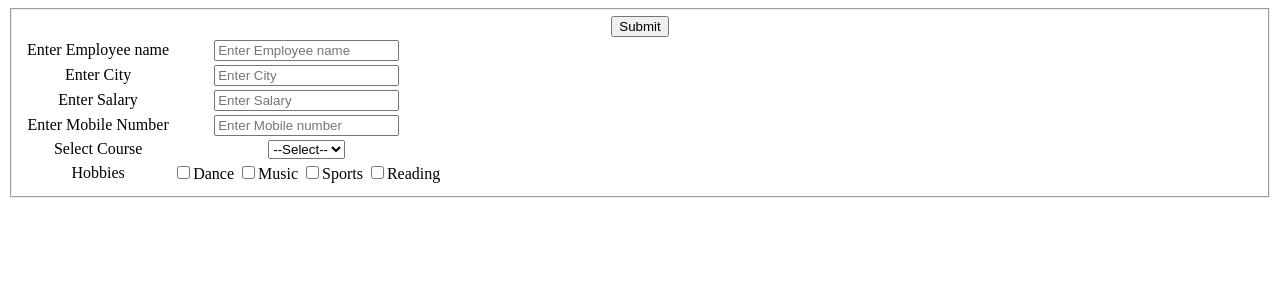
Repository: bigee1397/22-3-2024
Page: http://localhost/RDDemo/
The author's editor kept a copy of each file at every save. The page is drawn from the files as they stood at one save, then again after the next save.
The browser window is 1280 px wide. The pictures show the whole page.
The page is served by Tomcat 9. Other server files are loaded and not shown.

Above is the page before, as saved 2024-03-15 04:52:05.

### jspandservlets/RDDemo/src/main/webapp/index.jsp
<%@ page language="java" contentType="text/html; charset=ISO-8859-1"
    pageEncoding="ISO-8859-1" %>
<!DOCTYPE html>
<html>
<head>
<meta charset="ISO-8859-1">
<title>Insert title here</title>
</head>
<body>
	<fieldset align="center">
		<form action="registerServlet" method="post">
			<table>
				<tr>
					<td>Enter Employee name</td>
					<td><input type="text" name="employeeName" placeholder="Enter Employee name" /> </td>
				</tr>
				<tr>
					<td>Enter City</td>
					<td><input type="text" name="city" placeholder="Enter City" /> </td>
				</tr>
				<tr>
					<td>Enter Salary</td>
					<td><input type="number" name="salary" placeholder="Enter Salary" /> </td>
				</tr>
				<tr>
					<td>Enter Mobile Number</td>
					<td><input type="tel" name="mobile" placeholder="Enter Mobile number" /> </td>
				</tr>
				<tr>
					<td>Select Course</td>
					<td>
						<select name="course">
				            <option>--Select--</option>
				            <option value="Java">Java</option>
				            <option value="Spring">Spring</option>
				            <option value="Angular">Angular</option>
				            <option value="Node">Node</option>
			        	</select>
			        </td>
				</tr>
				<tr>
					<td>Hobbies</td>
					<td>
						<input type="checkbox" name="hobby" value="dance">Dance
				        <input type="checkbox" name="hobby" value="music">Music
				        <input type="checkbox" name="hobby" value="sports">Sports
				        <input type="checkbox" name="hobby" value="reading">Reading
			        </td>
				</tr>
		        <input type="submit" value="Submit">
			</table>
		</form>
	</fieldset>
</body>
</html>

After the next save:
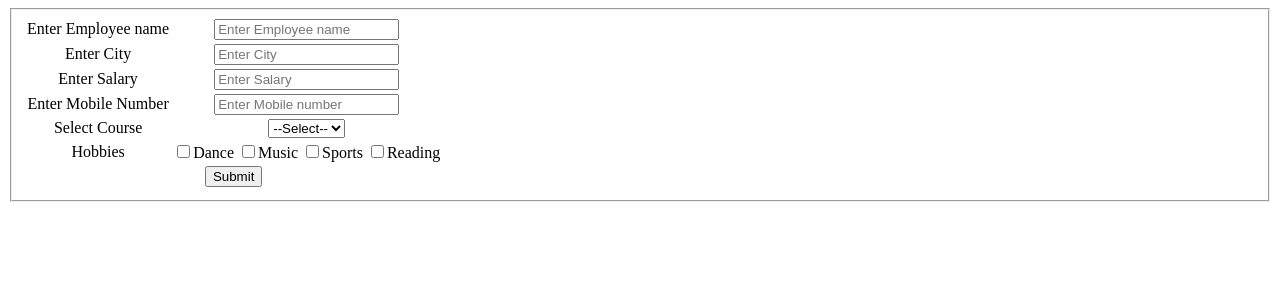
Saved 40 s later.
--- a/jspandservlets/RDDemo/src/main/webapp/index.jsp
+++ b/jspandservlets/RDDemo/src/main/webapp/index.jsp
@@ -47,7 +47,10 @@
 				        <input type="checkbox" name="hobby" value="reading">Reading
 			        </td>
 				</tr>
-		        <input type="submit" value="Submit">
+				<tr>
+					<td colspan=2><input type="submit" value="Submit"></td>
+				</tr>
+
 			</table>
 		</form>
 	</fieldset>
